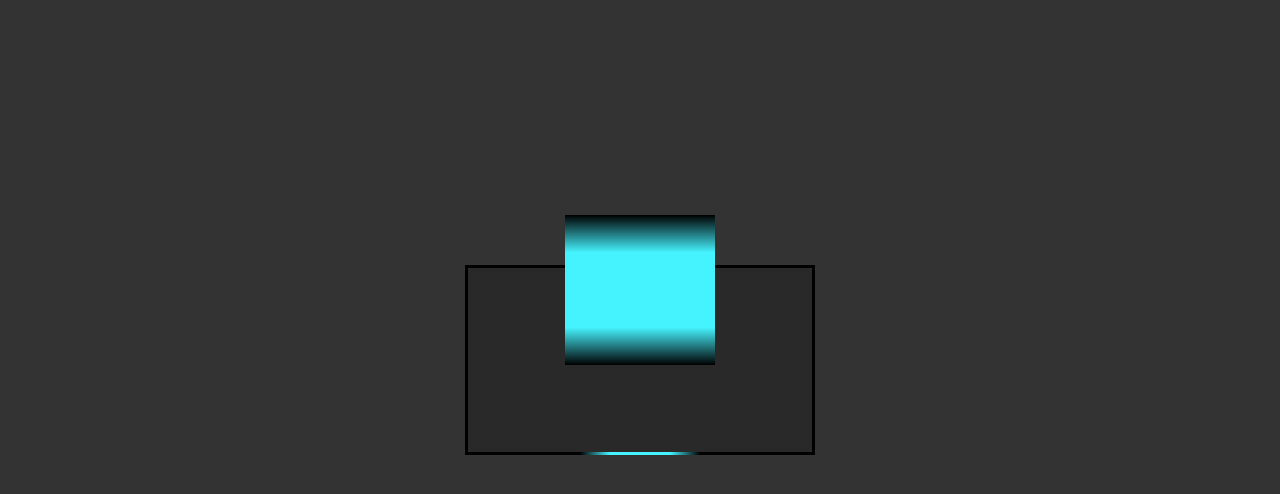
Repository: SeungYn/Javascript-study-toy
Page: profile-card/index.html
An editor plug-in stored every save of this project. The page is shown before and after the next save, followed by the edit.
The browser window is 1280 px wide. The pictures show the whole page.

Above is the page before, as saved 2023-01-12 15:40:24.

After the next save:
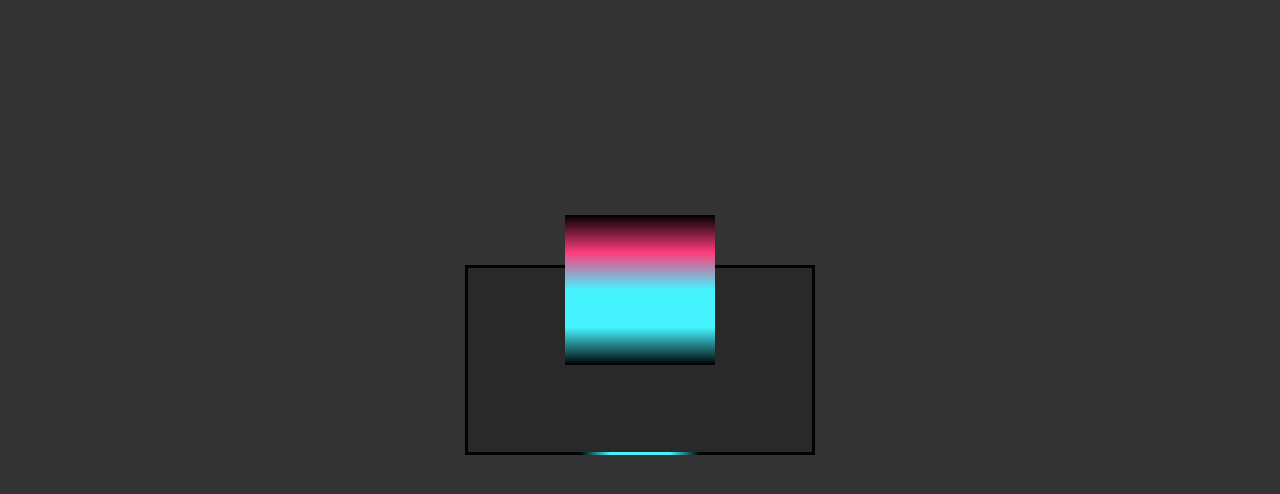
Saved 8 s later.
--- a/profile-card/style.css
+++ b/profile-card/style.css
@@ -96,7 +96,7 @@ body {
   transform: translate(-50%, -50%);
   background: linear-gradient(
     transparent,
-    #45f3ff,
+    #ff3c7b,
     #45f3ff,
     #45f3ff,
     transparent
